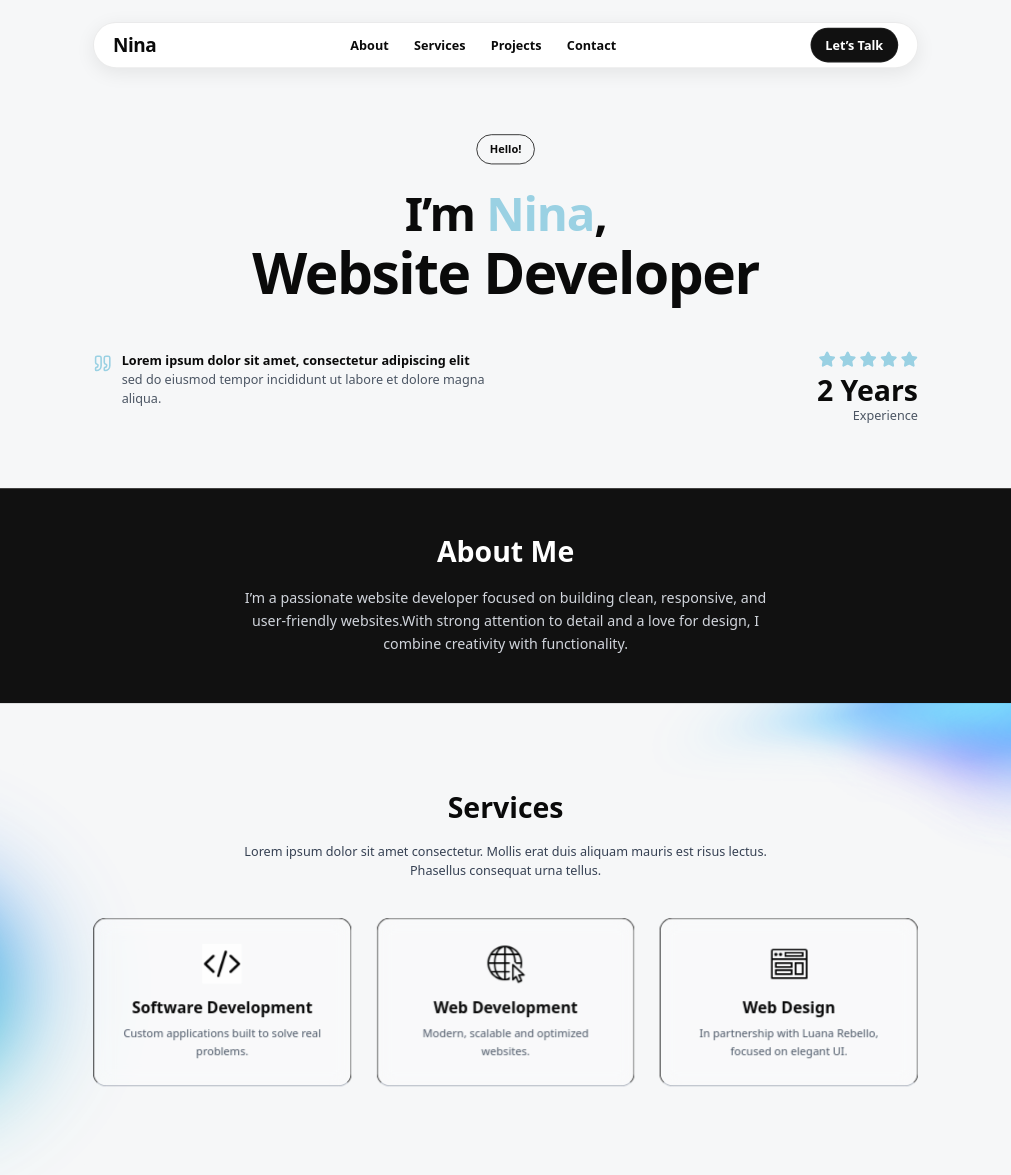
Repository: nina-rebello/portfolio
Page: /
These files come from the project's save history. The page is drawn as it stood at one moment and after the next save; the edit follows.
The browser window is 1280 px wide. The pictures show the whole page, at 79% of full size.
The project was rebuilt for these pictures with package versions that can differ from the ones it lists, and the page was loaded fresh each time. The framework's server and built-in components were replaced by stand-ins that run in the browser. Also part of the build but not shown: next.config.ts.

Above is the page before, as saved 2025-09-11 17:01:32.

### app/page.tsx
// app/page.tsx
import Header from "@/components/header/Header";
import AboutMe from "@/components/sections/About";
import Hero from "@/components/sections/Hero";
import Services from "@/components/sections/Services";

export default function HomePage() {
  return (
    <>
      <Header />
      <main>
        <Hero />
        <AboutMe />
        <Services />
      </main>
    </>
  );
}

### app/globals.css
@import "tailwindcss";
/* app/(styles)/header.css */
:root{
  --bg:#f6f7f8;           /* fundo clarinho do mock */
  --ink:#0a0a0a;          /* texto principal */
  --muted:#4b5563;        /* texto secundário */
  --pill:#ffffff;         /* fundo do header/cta pill */
  --brand:#9ad1e3;        /* azul do “Nina” e estrelas */
}

html,body{background:var(--bg); color:var(--ink);}

/* helpers */
.container-hero{max-width:1100px; margin-inline:auto; padding-inline:clamp(16px,3vw,28px);}
.glass{
  background:var(--pill);
  border:1px solid rgba(0,0,0,.08);
  box-shadow:0 6px 24px rgba(0,0,0,.08);
}
.btn-pill{
  border-radius:9999px; padding:10px 18px; font-weight:600;
  background:#111; color:#fff; border:1px solid rgba(255,255,255,.1);
  transition:transform .15s ease, box-shadow .15s ease, opacity .2s ease;
}
.btn-pill:hover{ transform:translateY(-1px); box-shadow:0 8px 24px rgba(0,0,0,.18);}
.nav-link{ padding:10px 14px; border-radius:12px; font-weight:600; }
.nav-link:hover{ background:rgba(0,0,0,.04); }

### components/header/Header.tsx
"use client";

import Link from "next/link";
import { useState, useEffect } from "react";
import { Menu, X } from "lucide-react";

const NAV = [
  { label: "About", href: "#about" },
  { label: "Services", href: "#services" },
  { label: "Projects", href: "#projects" },
  { label: "Contact", href: "#contact" },
];

export default function Header() {
  const [open, setOpen] = useState(false);

  // fecha o menu ao navegar/scroll
  useEffect(() => {
    const close = () => setOpen(false);
    window.addEventListener("scroll", close);
    return () => window.removeEventListener("scroll", close);
  }, []);

  return (
    <header className="sticky top-7 z-50">
      <div className="container-hero">
        <div
          className="glass flex items-center justify-between rounded-[32px] px-4 sm:px-6 py-1.5"
          role="navigation"
          aria-label="Primary"
        >
          {/* logo / nome */}
          <Link href="/" className="font-bold tracking-tight text-xl sm:text-2xl">
            Nina
          </Link>

          {/* desktop nav */}
          <nav className="hidden md:flex items-center gap-1">
            {NAV.map((i) => (
              <a key={i.href} href={i.href} className="nav-link">
                {i.label}
              </a>
            ))}
          </nav>

          {/* CTA */}
          <div className="hidden md:block">
            <a href="#contact" className="btn-pill">Let’s Talk</a>
          </div>

          {/* mobile toggle */}
          <button
            aria-label="Abrir menu"
            className="md:hidden p-2 rounded-xl hover:bg-black/5"
            onClick={() => setOpen((v) => !v)}
          >
            {open ? <X /> : <Menu />}
          </button>
        </div>

        {/* mobile sheet */}
        {open && (
          <div className="md:hidden mt-2 glass rounded-3xl p-3">
            <nav className="grid gap-1">
              {NAV.map((i) => (
                <a
                  key={i.href}
                  href={i.href}
                  className="nav-link"
                  onClick={() => setOpen(false)}
                >
                  {i.label}
                </a>
              ))}
              <a href="#contact" className="btn-pill text-center mt-1">
                Let’s Talk
              </a>
            </nav>
          </div>
        )}
      </div>
    </header>
  );
}

### components/sections/About.tsx
export default function AboutMe() {
  return (
    <section id="about" className="bg-[#111] text-white  py-11 sm:py-15 mt-4 sm:mt-20">
      <div className="container-hero text-center">
        <h2 className="text-3xl sm:text-4xl font-extrabold mb-6">
          About Me
        </h2>
        <p className="max-w-2xl mx-auto text-lg text-gray-300 leading-relaxed">
          I’m a passionate website developer focused on building
          clean, responsive, and user-friendly websites.
          {/* <br /> */}
          With strong attention to detail and a love for design,
          I combine creativity with functionality.
        </p>
      </div>
    </section>
  );
}

### components/sections/Hero.tsx
import { Quote, Star } from "lucide-react";

function HelloBubble() {
  return (
    <div className="inline-flex items-center gap-2">
      <span className="inline-flex items-center justify-center rounded-full border px-4 py-2 text-sm font-semibold">
        Hello!
      </span>
    </div>
  );
}

export default function Hero() {
  return (
    <section className="pt-20 sm:pt-28">
      <div className="container-hero">
        {/* bloco principal */}
        <div className="text-center">
          <div className="mb-6 sm:mb-8">
            <HelloBubble />
          </div>

          <p className="text-4xl sm:text-5xl md:text-6xl font-bold tracking-tight">
            I’m{" "}
            <span style={{ color: "var(--brand)" }}>
              Nina
            </span>
            ,
          </p>
          <h1 className="mt-2 text-4xl sm:text-6xl md:text-7xl font-bold tracking-tight">
            Website Developer
          </h1>
        </div>

        {/* faixa inferior: quote esquerda / rating direita */}
        <div className="mt-16 grid grid-cols-1 md:grid-cols-2 gap-8 items-start">
          {/* quote */}
          <div className="flex gap-3">
            <div className="mt-1">
              <Quote className="text-[var(--brand)]" />
            </div>
            <div>
              <p className="font-semibold">
                Lorem ipsum dolor sit amet, consectetur adipiscing elit
              </p>
              <p className="text-[var(--muted)]">
                sed do eiusmod tempor incididunt ut labore et dolore magna aliqua.
              </p>
            </div>
          </div>

          {/* rating / experiência */}
          <div className="flex md:justify-end">
            <div className="text-right">
              <div className="flex justify-end gap-1 mb-2" aria-label="5 out of 5 stars">
                {Array.from({ length: 5 }).map((_, i) => (
                  <Star key={i} className="text-[var(--brand)]" fill="currentColor" size={22} />
                ))}
              </div>
              <div className="text-3xl sm:text-4xl font-bold">2 Years</div>
              <div className="text-[var(--muted)]">Experience</div>
            </div>
          </div>
        </div>
      </div>
    </section>
  );
}

### components/sections/Services.tsx
import Image from "next/image";
import { Code, Globe, Layout } from "lucide-react";

const services = [
  {
    icon: "/icons/icons8-source-code-96.png",
    title: "Software Development",
    desc: "Custom applications built to solve real problems.",
  },
  {
    icon: "/icons/icons8-internet-100.png",
    title: "Web Development",
    desc: "Modern, scalable and optimized websites.",
  },
  {
    icon: "/icons/icons8-web-100.png",
    title: "Web Design",
    desc: "In partnership with Luana Rebello, focused on elegant UI.",
  },
];
export default function Services() {
  return (
    <section id="services" className="relative overflow-hidden py-28">
      {/* === background gradients === */}
      <div className="absolute inset-0 z-0 pointer-events-none select-none">
        <Image
          src="/gradients/light-leak-blur-transparent-free-png.png"
          alt=""
          width={1400}
          height={1000}
          className="absolute -top-80 left-200 w-[1000px] opacity-80"
          priority
        />
        <Image
          src="/gradients/blur-gradient.png"
          alt=""
          width={600}
          height={600}
          className="absolute top-4 right-250 w-[760px] opacity-70"
        />
      </div>

      {/* === conteúdo (fica acima do fundo) === */}
      <div className="container-hero relative z-10 text-center">
        <h2 className="text-3xl sm:text-4xl font-extrabold mb-6">Services</h2>
        <p className="max-w-2xl mx-auto mb-12 text-gray-700">
          Lorem ipsum dolor sit amet consectetur. Mollis erat duis aliquam
          mauris est risus lectus. Phasellus consequat urna tellus.
        </p>

        <div className="grid gap-8 sm:grid-cols-2 lg:grid-cols-3">
          {services.map((s) => (
            <div
              key={s.title}
              className="rounded-2xl p-8 backdrop-blur-md hover:shadow-xl transition
                       bg-white/30 border border-b-gray-400 /20"
              >
              <Image
                src={s.icon}
                alt={s.title}
                width={50}
                height={50}
                className="mx-auto mb-4"
              />
              <h3 className="font-bold text-xl mb-2">{s.title}</h3>
              <p className="text-gray-600 text-sm leading-relaxed">{s.desc}</p>
            </div>
          ))}
        </div>
      </div>
    </section>
  );
}

Loaded but not shown: app/layout.tsx (common file)

After the next save:
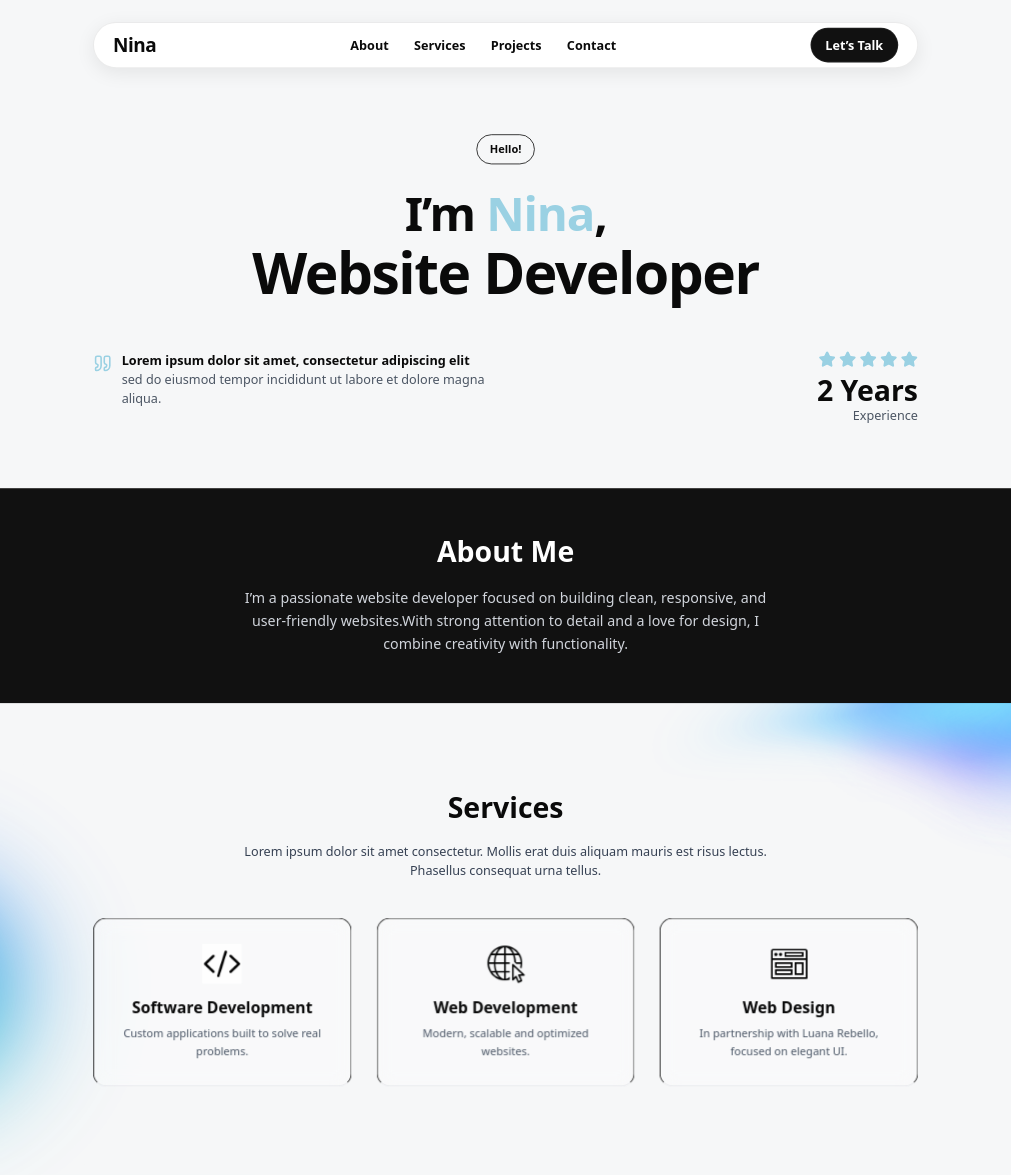
Saved 4 s later.
--- a/components/sections/Services.tsx
+++ b/components/sections/Services.tsx
@@ -53,7 +53,7 @@ export default function Services() {
             <div
               key={s.title}
               className="rounded-2xl p-8 backdrop-blur-md hover:shadow-xl transition
-                       bg-white/30 border border-b-gray-400 /20"
+                       bg-white/30 border border-b-gray-400/20"
               >
               <Image
                 src={s.icon}
